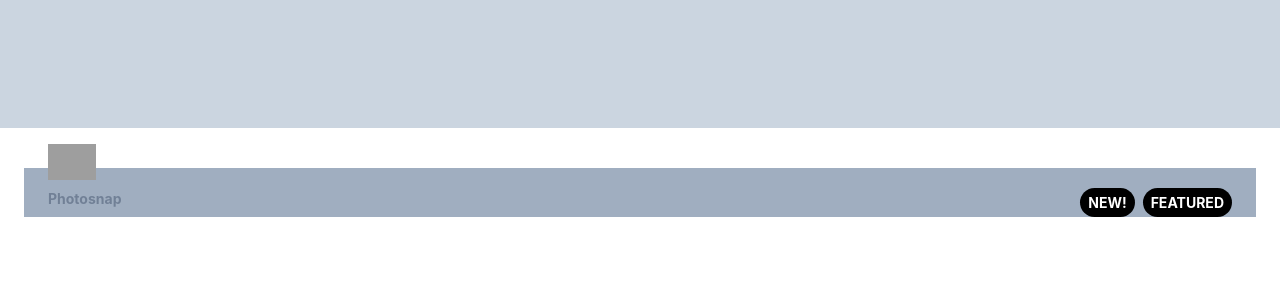
Repository: asongdon/frontendmentor-joblisting
Page: /
An editor plug-in stored every save of this project. The page is shown before and after the next save, followed by the edit.
The browser window is 1280 px wide. The pictures show the whole page.
Pictures or frames that could not be fetched are drawn as grey boxes. The project was rebuilt for these pictures with package versions that can differ from the ones it lists, and the page was loaded fresh each time. The framework's server and built-in components were replaced by stand-ins that run in the browser. Also part of the build but not shown: nuxt.config.js.

Above is the page before, as saved 2020-04-12 18:42:19.

### layouts/default.vue
<template>
  <div>
    <Header/>
    <nuxt />
  </div>
</template>

<script>
import Header from '@/components/Header.vue'

export default {
  components: {
    Header
  },
}
</script>

<style>
html {
  font-family: 'Inter', -apple-system, BlinkMacSystemFont, 'Segoe UI',
    Roboto, 'Helvetica Neue', Arial, sans-serif;
  font-size: 16px;
  word-spacing: 1px;
  -ms-text-size-adjust: 100%;
  -webkit-text-size-adjust: 100%;
  -moz-osx-font-smoothing: grayscale;
  -webkit-font-smoothing: antialiased;
  box-sizing: border-box;
}

*,
*:before,
*:after {
  box-sizing: border-box;
  margin: 0;
}

.button--green {
  display: inline-block;
  border-radius: 4px;
  border: 1px solid #3b8070;
  color: #3b8070;
  text-decoration: none;
  padding: 10px 30px;
}

.button--green:hover {
  color: #fff;
  background-color: #3b8070;
}

.button--grey {
  display: inline-block;
  border-radius: 4px;
  border: 1px solid #35495e;
  color: #35495e;
  text-decoration: none;
  padding: 10px 30px;
  margin-left: 15px;
}

.button--grey:hover {
  color: #fff;
  background-color: #35495e;
}
</style>

### pages/index.vue
<template>
  <div class="container py-10 px-6">
    <Maincard/>
  </div>
</template>

<script>
import Maincard from '@/components/Maincard'
export default {
  components: {
    Maincard
  }
}
</script>

<style>
/* Sample `apply` at-rules with Tailwind CSS
.container {
  @apply min-h-screen flex justify-center items-center text-center mx-auto;
}
*/

</style>

### components/Header.vue
<template>
  <div class="w-full h-32 bg-gray-400"></div>
</template>

<script>
export default {}
</script>

<style></style>

### components/Maincard.vue
<template>
  <div class="bg-gray-500 flex flex-col flex-no-wrap">
    <div class="px-6 -mt-6 mb-2">
      <img class="w-12" src="~/assets/logos/faceit.svg" alt="" />
    </div>
    <div class="flex justify-between px-6 align-middle">
      <div class="text-sm font-bold text-gray-600">Photosnap</div>
      <div class="flex text-sm font-bold">
        <div class="bg-black text-white rounded-full px-2 py-1 uppercase ml-2">
          New!
        </div>
        <div class="bg-black text-white rounded-full px-2 py-1 uppercase ml-2">
          Featured
        </div>
      </div>
    </div>
  </div>
</template>

<script>
export default {}
</script>

<style></style>

Loaded but not shown: assets/css/tailwind.css (common file); tailwind.config.js (common file); store/filter.js (no copy from this time; the picture is the same without it); store/index.js (no copy from this time; the picture is the same without it)

After the next save:
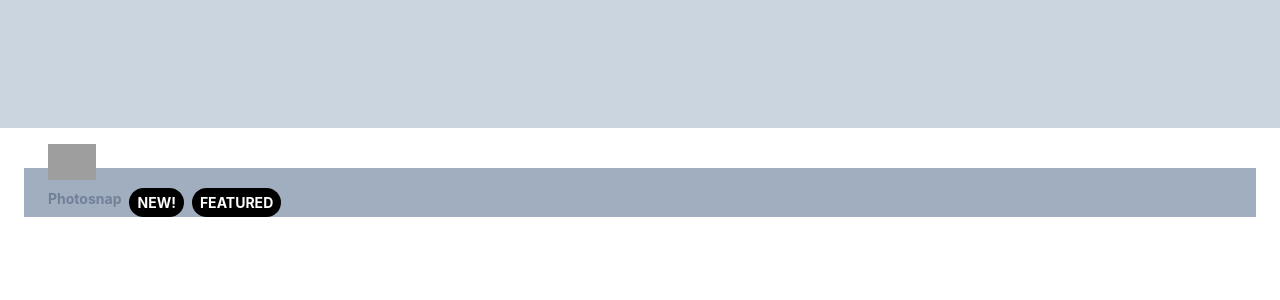
Saved 30 s later.
--- a/components/Maincard.vue
+++ b/components/Maincard.vue
@@ -3,7 +3,7 @@
     <div class="px-6 -mt-6 mb-2">
       <img class="w-12" src="~/assets/logos/faceit.svg" alt="" />
     </div>
-    <div class="flex justify-between px-6 align-middle">
+    <div class="flex px-6 align-middle">
       <div class="text-sm font-bold text-gray-600">Photosnap</div>
       <div class="flex text-sm font-bold">
         <div class="bg-black text-white rounded-full px-2 py-1 uppercase ml-2">
